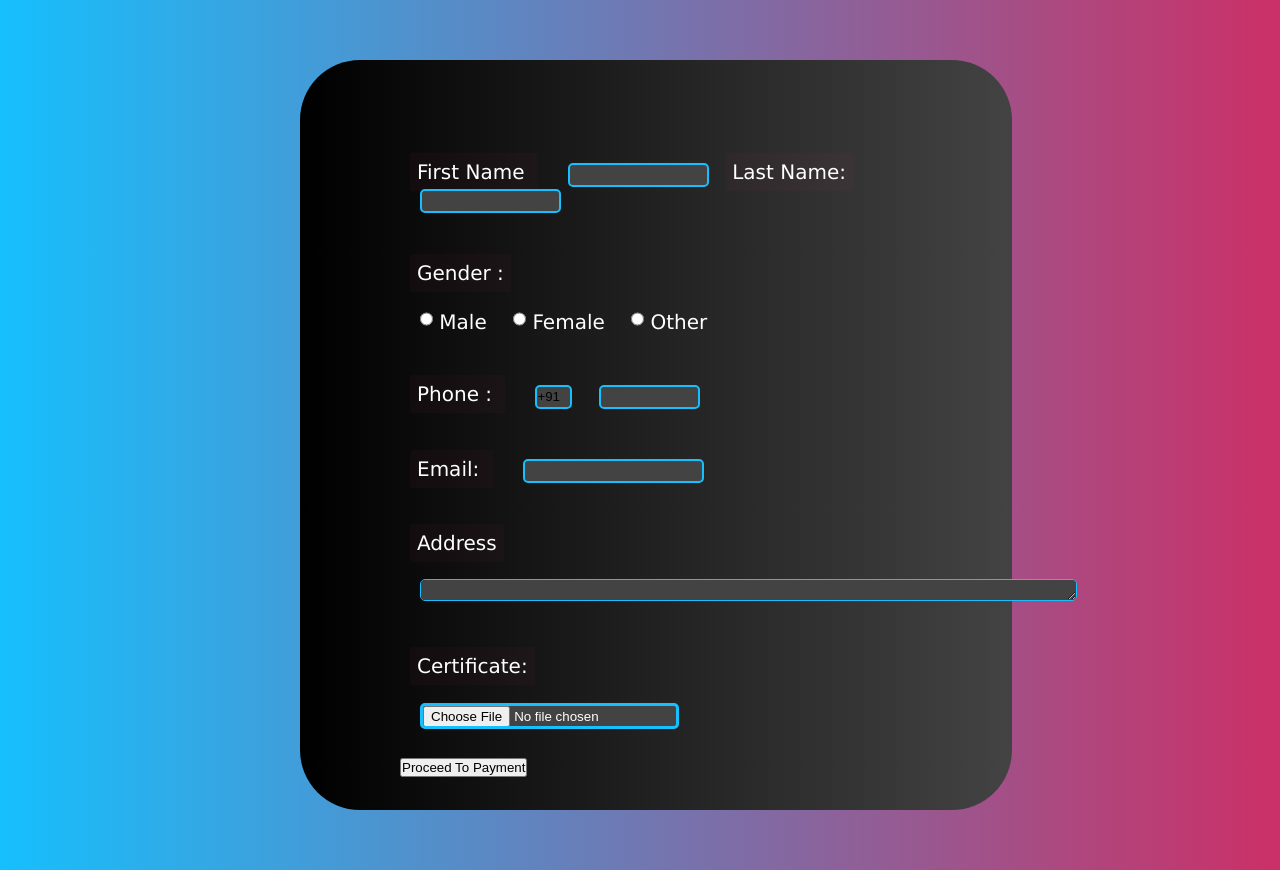
Repository: sarthakkathpalia/elliptical
Page: html/form.html
These files come from the project's save history. The page is drawn as it stood at one moment and after the next save; the edit follows.
The browser window is 1280 px wide. The pictures show the whole page.

Above is the page before, as saved 2021-10-30 17:57:11.

### html/form.html
<!DOCTYPE html>
<html lang="en">
<head>
    <meta charset="UTF-8">
    <meta http-equiv="X-UA-Compatible" content="IE=edge">
    <meta name="viewport" content="width=device-width, initial-scale=1.0">
    <title>form</title>
</head>
<style>
        *{
        padding: 0%;
        margin: 0%;
            }
        input , textarea{
            border-radius: 5px;
            margin-left: 20px;
            height: 20px;
            background-color: #434343;
            border-style: solid;
            border-color: #16BFFD;
        }
        label{
            background-color: #cb30660a;
            padding: 7px;
            margin: 10px;
            border-radius: 2px;
        }
        .book{
            display:flex;
            align-items: center;

            background-image: linear-gradient(to right ,#16BFFD,#CB3066);
        }
        .box{
            font-family:'Lucida Sans', 'Lucida Sans Regular', 'Lucida Grande', 'Lucida Sans Unicode', Geneva, Verdana, sans-serif;
            border-radius: 60px;
            font-size: 20px;
            color: white;
            background-image: linear-gradient(to right , #000000,#434343);
            width: 40%;
            height: 550px;
            margin-top: 60px;
            margin-bottom: 60px;
            margin-left: 300px;
            padding: 100px;
        }

</style>
<body>
    <form class="book" method="POST" action="./login.html">
      <div class="box">
        <label> First Name </label>
        <input type="text" name="firstname" size="15"/>
        <label> Last Name: </label>
        <input type="text" name="lastname" size="15"/> <br> <br> <br>

        <label>
        Gender :
        </label><br>  <br>
        <input type="radio" name="male"/> Male
        <input type="radio" name="female"/> Female
        <input type="radio" name="other"/> Other
        <br>
        <br>
          <br>
        <label>
        Phone :
        </label>
        <input type="text" name="country code"  value="+91" size="2"/>
        <input type="text" name="phone" size="10"/> <br> <br>  <br>
        <label>
            Email:
        </label>
        <input type="email" id="email" name="email"/> <br>
        <br><br>
        <label>
            Address
        </label>
        <br>
        <br>
        <textarea cols="80" rows="5" value="address">
        </textarea>
        <br> <br>  <br>

        <label>
            Certificate:
        </label>
        <br>
        <br>
        <input type="file" id="image-input" accept="image/*">
        <br>
        <br>
        <!-- <a href="index.html">Proceed To Payment</a> -->
        <button type="submit">Proceed To Payment</button>
    </div>
        </form>
</body>
</html>

After the next save:
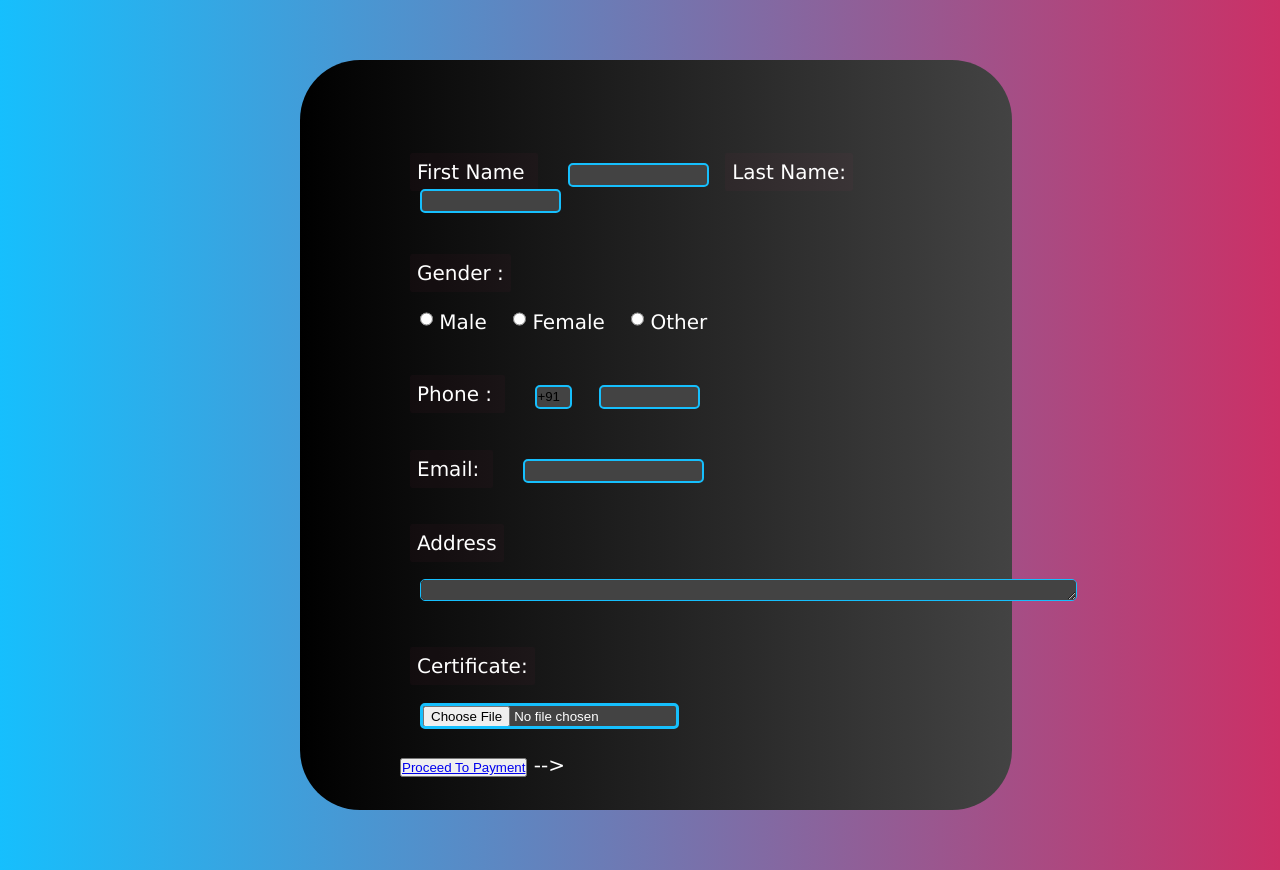
Saved 62 s later.
--- a/html/form.html
+++ b/html/form.html
@@ -47,7 +47,7 @@
 
 </style>
 <body>
-    <form class="book" method="POST" action="./login.html">
+    <form class="book">
       <div class="box">
         <label> First Name </label>
         <input type="text" name="firstname" size="15"/>
@@ -90,8 +90,8 @@
         <input type="file" id="image-input" accept="image/*">
         <br>
         <br>
-        <!-- <a href="index.html">Proceed To Payment</a> -->
-        <button type="submit">Proceed To Payment</button>
+
+        <button type="submit"><a href="index.html">Proceed To Payment</a></button> -->
     </div>
         </form>
 </body>
